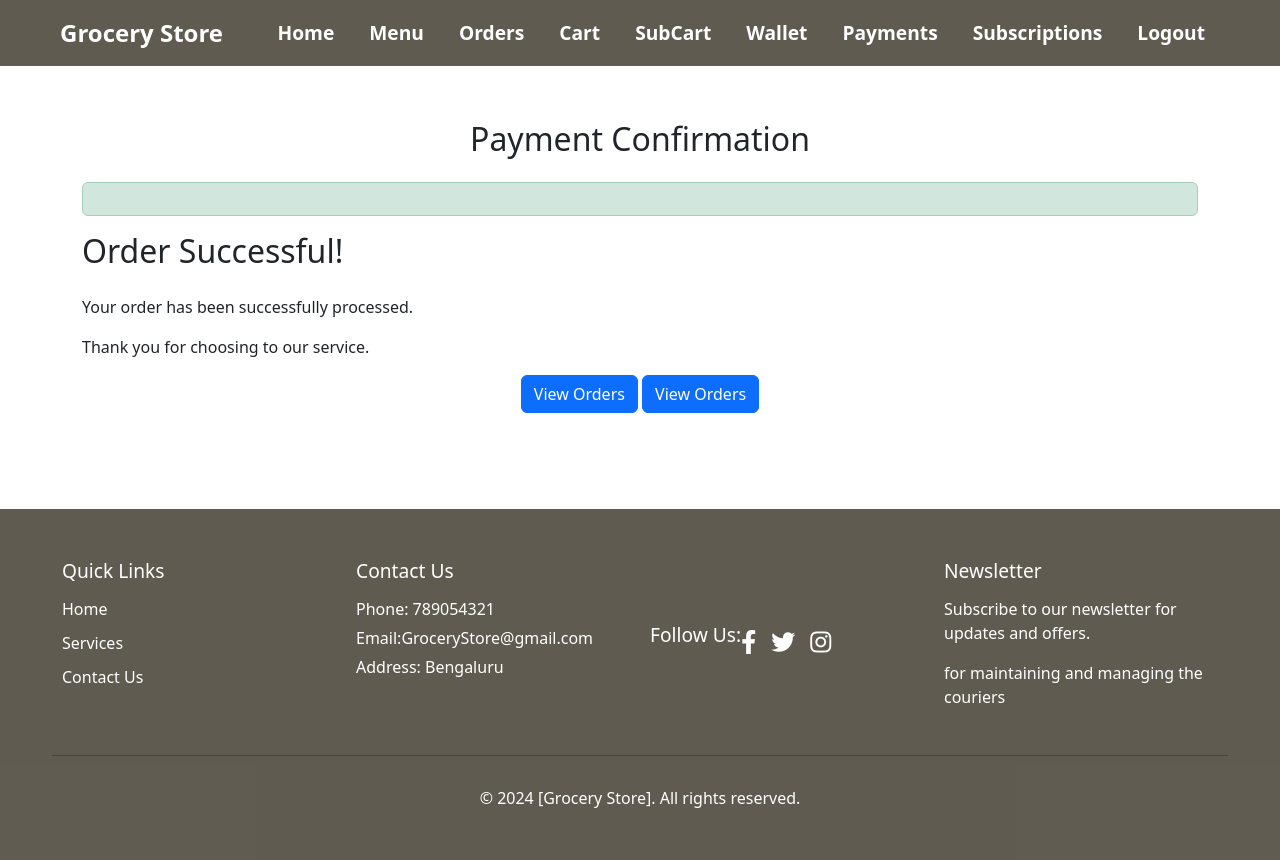
Repository: NagaMounikaY/GroceriesSubscriptionBookingManagement
Page: http://localhost/GroceriesSubBookingSystem/WEB-INF/views/paymentConfirmation.jsp
These files come from the project's save history. The page is drawn as it stood at one moment and after the next save; the edit follows.
The browser window is 1280 px wide. The pictures show the whole page.
The page is served by Tomcat 9. Nobody is signed in. The template is opened directly, without the code that normally fills it, so the values that code supplies are empty.

Above is the page before, as saved 2024-09-15 11:16:08.

After the next save:
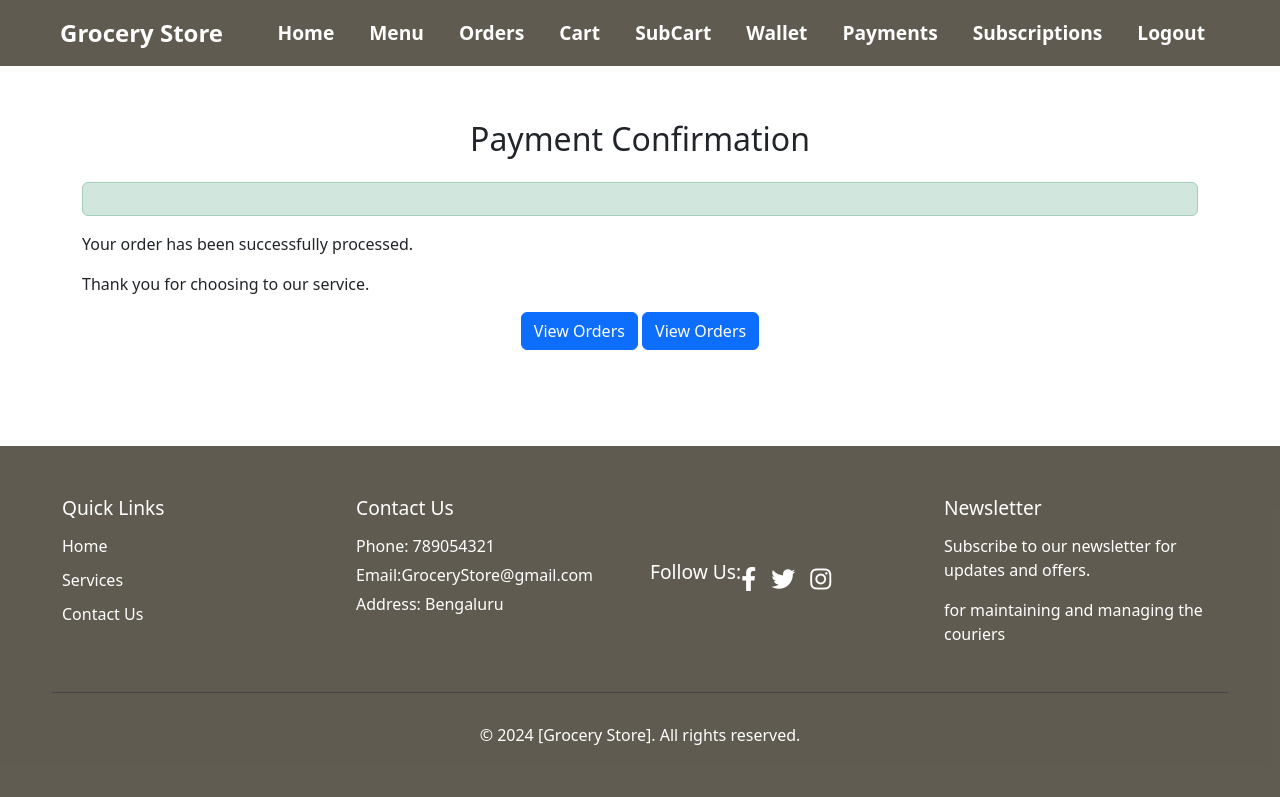
Saved 4 min 49 s later.
--- a/GroceriesSubBookingSystem/src/main/webapp/WEB-INF/views/paymentConfirmation.jsp
+++ b/GroceriesSubBookingSystem/src/main/webapp/WEB-INF/views/paymentConfirmation.jsp
@@ -17,7 +17,7 @@
         <div class="alert alert-success">
             ${message}
         </div>
-        <h2 class="mb-4">Order Successful!</h2>
+
         <p>Your order has been successfully processed.</p>
         <p>Thank you for choosing to our service.</p>
         <div class="text-center">
